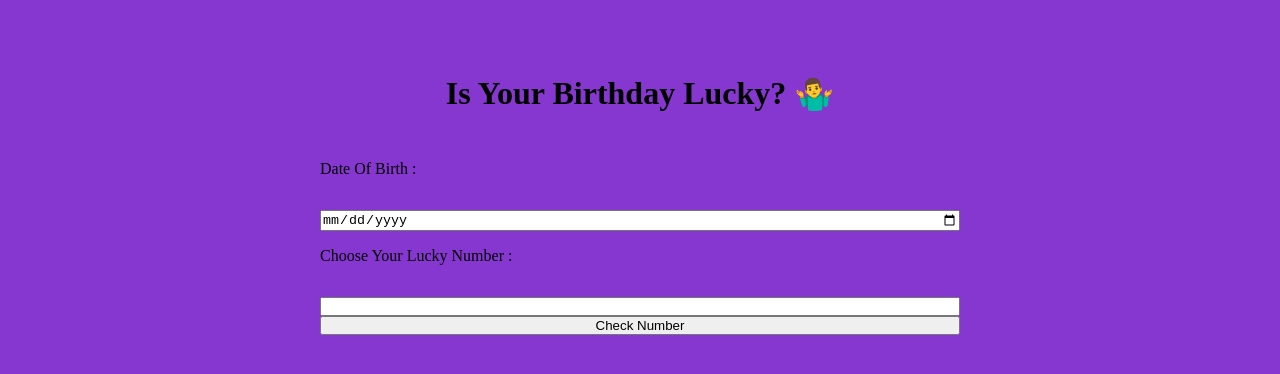
Repository: patelamancode/Lucky-Birthday-App
Page: index.html
These files come from the project's save history. The page is drawn as it stood at one moment and after the next save; the edit follows.
The browser window is 1280 px wide. The pictures show the whole page.

Above is the page before, as saved 2022-11-21 17:12:28.

### index.html
<!DOCTYPE html>
<html lang="en">
<head>
    <meta charset="UTF-8">
    <meta http-equiv="X-UA-Compatible" content="IE=edge">
    <meta name="viewport" content="width=device-width, initial-scale=1.0">
    <link rel="stylesheet" href="index.css">
    <title>Is your birthday lucky</title>
</head>
<body>
    <div id="main-container">
        <h1 class="app-title">Is Your Birthday Lucky? 🤷‍♂️</h1>
        <label for="date-of-birth" class="dob">Date Of Birth :</label>
        <input type="date" class="selected-dob">
        <label for="lucky-number" class="favourite-number">Choose Your Lucky Number :</label>
        <input type="number" class="user-number">
        <button id="check-btn">Check Number</button>
    </div>

</body>
</html>

### index.css
*{
    margin: 0;
    padding: 0;
}
 body{
    background-color: rgb(134, 55, 207);
 }

 #main-container {
    display: flex;
    flex-direction: column;
    width: 50vw;
    margin: auto;
    margin-top: 2rem;
    padding: 10px;
    text-align: center;
 }

 .app-title{
    margin: 2rem;
 }
 label{
    width: auto;
    text-align: left;
    margin-top: 1rem;
    margin-bottom: 2rem;
 }
 /* input{
    -webkit-appearance: none;
    box-shadow: none !important;
 } */

After the next save:
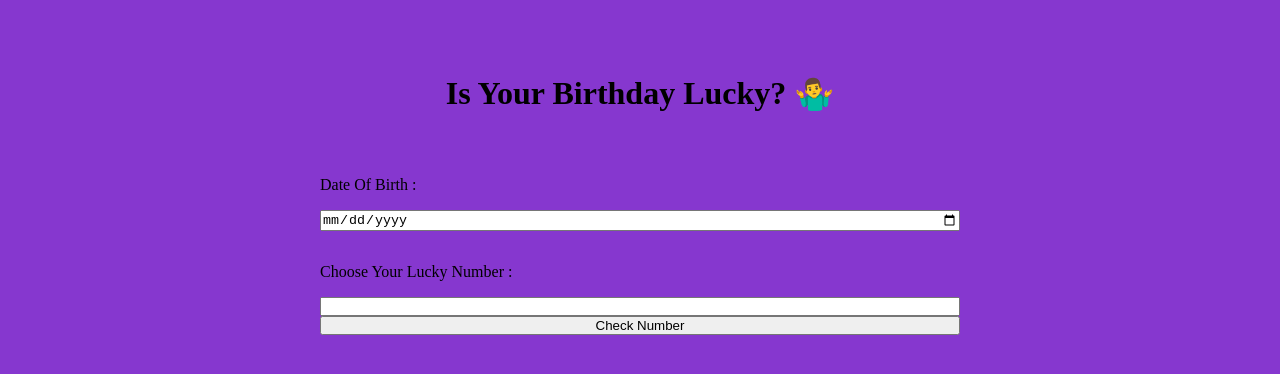
Saved 23 s later.
--- a/index.css
+++ b/index.css
@@ -22,8 +22,8 @@
  label{
     width: auto;
     text-align: left;
-    margin-top: 1rem;
-    margin-bottom: 2rem;
+    margin-top: 2rem;
+    margin-bottom: 1rem;
  }
  /* input{
     -webkit-appearance: none;
